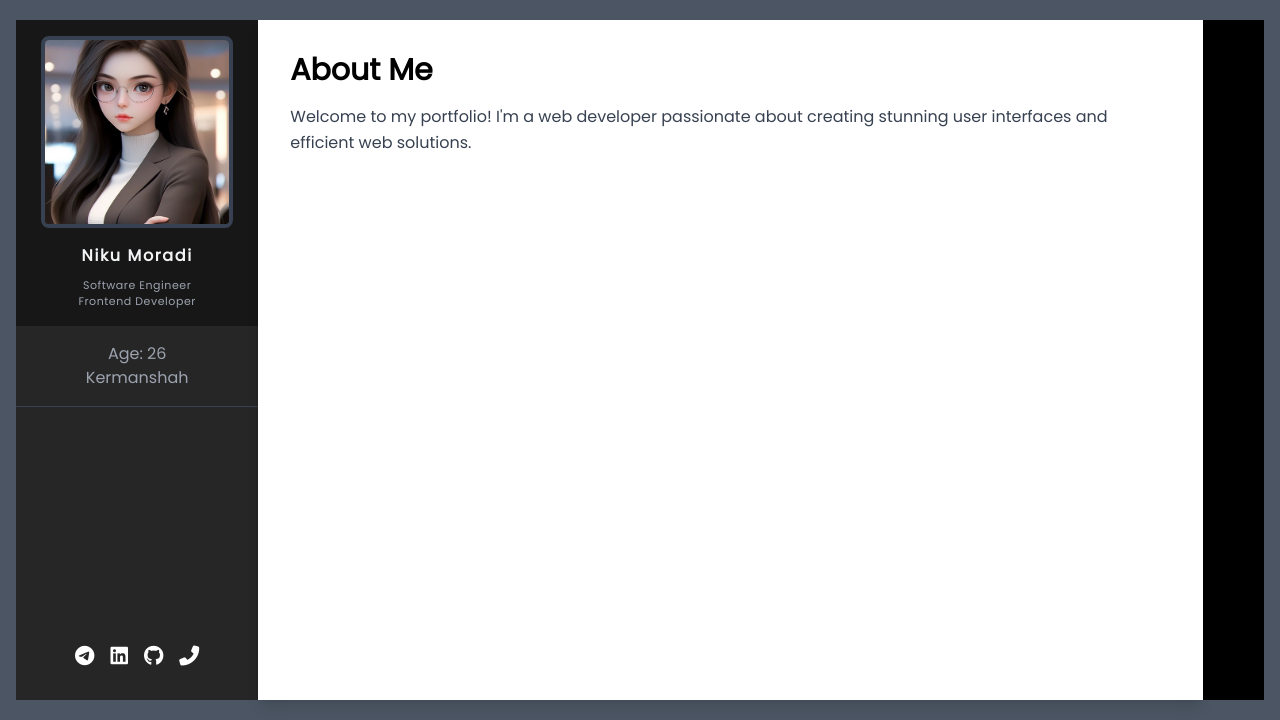
Repository: NikuMoradi/niku-moradi
Page: /
An editor plug-in stored every save of this project. The page is shown before and after the next save, followed by the edit.
The browser window is 1280 px wide. The pictures show the whole page.
The project was rebuilt for these pictures with package versions that can differ from the ones it lists, and the page was loaded fresh each time. The framework's server and built-in components were replaced by stand-ins that run in the browser. Also part of the build but not shown: nuxt.config.ts, components/Blog Posts/Component-Design.vue, components/Blog.vue, components/Contact.vue, components/Education.vue, components/Experience.vue, components/Hero.vue, components/Menu.vue and 3 more.

Above is the page before, as saved 2024-11-29 10:35:16.

After the next save:
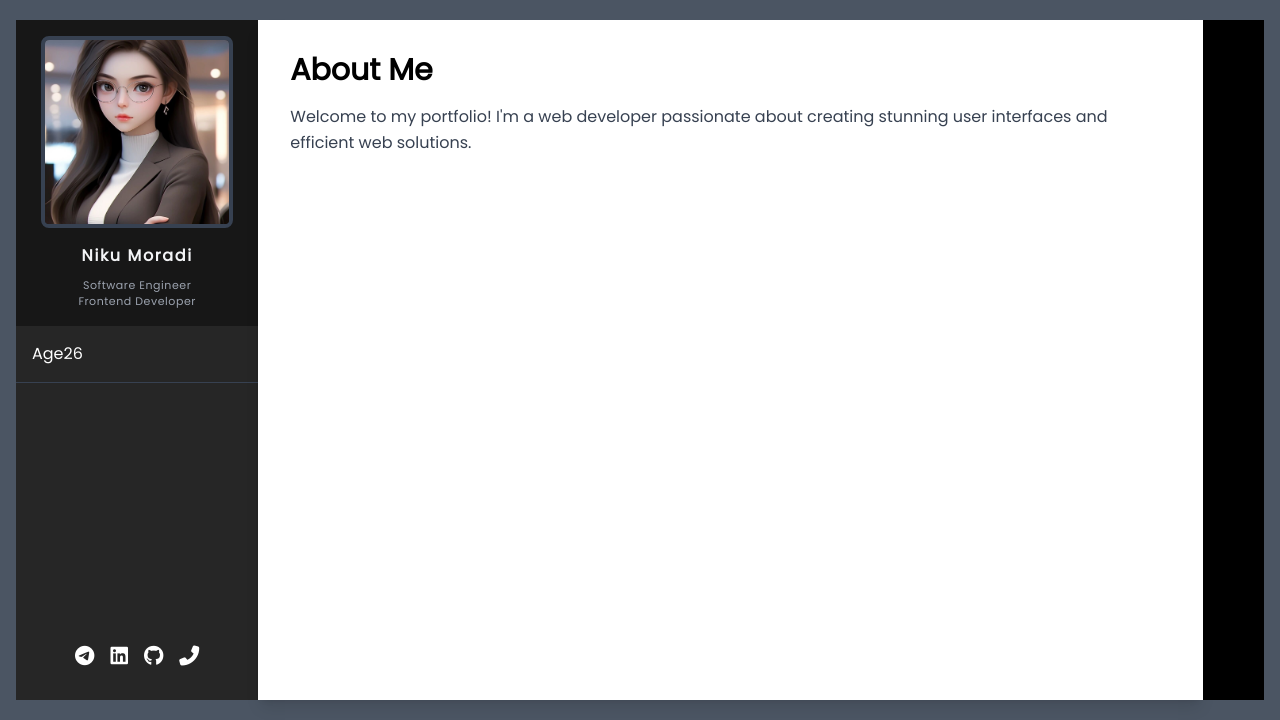
Saved 74 s later.
--- a/components/LeftPanel.vue
+++ b/components/LeftPanel.vue
@@ -27,10 +27,12 @@
       </p>
     </div>
 
-    <!-- niddle -->
-    <div class="p-4 text-center border-b border-gray-700">
-      <p class="text-md text-gray-400">Age: 26</p>
-      <p class="text-md text-gray-400">Kermanshah</p>
+    <!-- table -->
+    <div class="p-4 border-b border-gray-700">
+      <div class="flex space-between">
+        <p>Age</p>
+        <p>26</p>
+      </div>
     </div>
 
     <!-- Social Links -->
